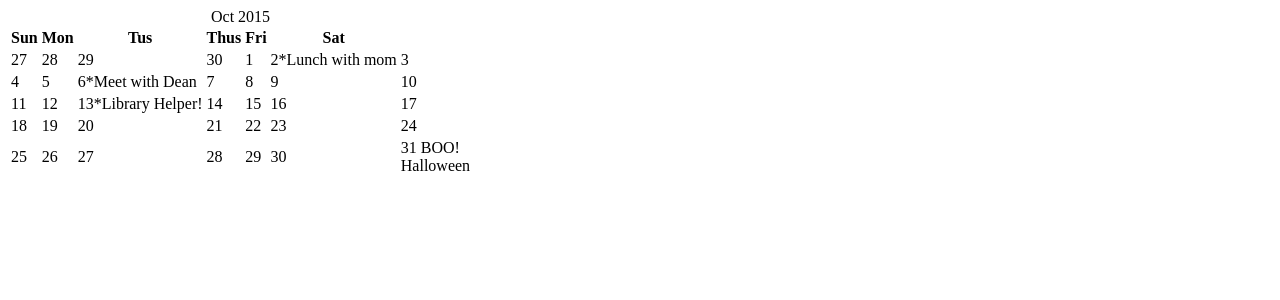
Repository: Tram-anh99/Blockchain_Funix
Page: CSS/lich.html
An editor plug-in stored every save of this project. The page is shown before and after a run of saves, followed by the edit.
The browser window is 1280 px wide. The pictures show the whole page.

Above is the page before, as saved 2023-02-28 01:22:53.

After the next 4 saves:
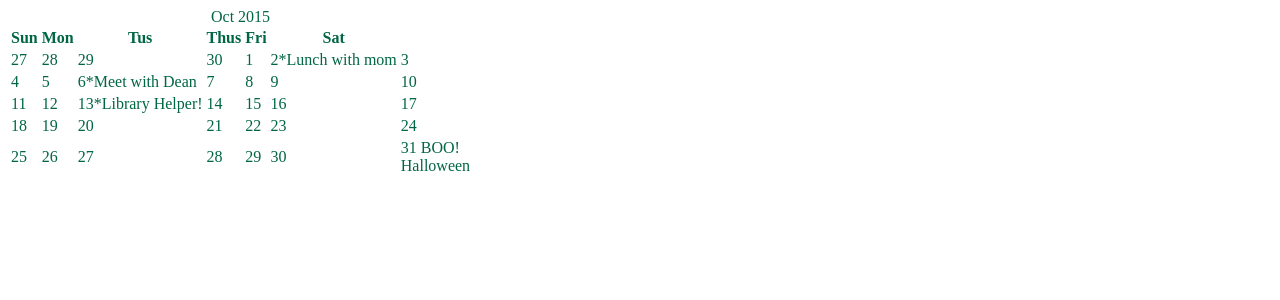
The 4 saves are shown as one change because they came seconds apart.
The last was saved 10 s later.
--- a/CSS/lich.css
+++ b/CSS/lich.css
@@ -1,3 +1,3 @@
 .cal {
-
+      color: #064;
 }
